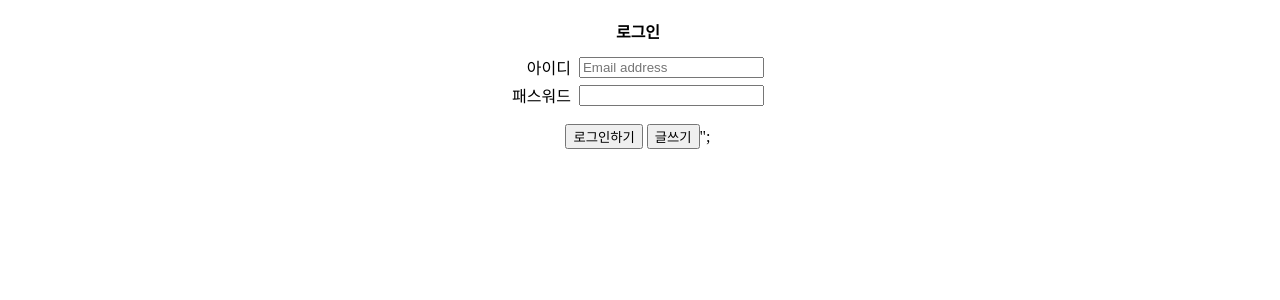
Repository: Dnut0121/2023_JSP
Page: http://localhost/Hello2/loginForm.jsp
The author's editor kept a copy of each file at every save. The page is drawn from the files as they stood at one save, then again after the next save.
The browser window is 1280 px wide. The pictures show the whole page.
The page is served by Tomcat 9. Other server files are loaded and not shown.

Above is the page before, as saved 2023-11-29 03:08:05.

### 201907036_KDH/Hello2/src/main/webapp/loginForm.jsp
<%@ page language="java" contentType="text/html; charset=UTF-8"
    pageEncoding="UTF-8"%>
<!DOCTYPE html>
<html>
<head>
	<meta charset="UTF-8">
</head>
<body>
	<form action="login.jsp">
	<table align=center>
	<tr><td colspan=2 align=center height=40><b>로그인</b><td></tr>
	<tr>
		<td align=right>아이디&nbsp;</td>
		<td><input type="text" name="id" placeholder="Email address" required></td>
	</tr>
	<tr>
		<td align=right>패스워드&nbsp;</td>
		<td><input type="password" name="ps" required></td>
	</tr>
	<tr>
		<td colspan=2 align=center height=50>
			<input type="submit" value="로그인하기">
			<a href='feedAddForm.jsp'><button>글쓰기</button></a>";
		</td>
	</tr>
	</table>
	</form>
</body>
</html>

After the next save:
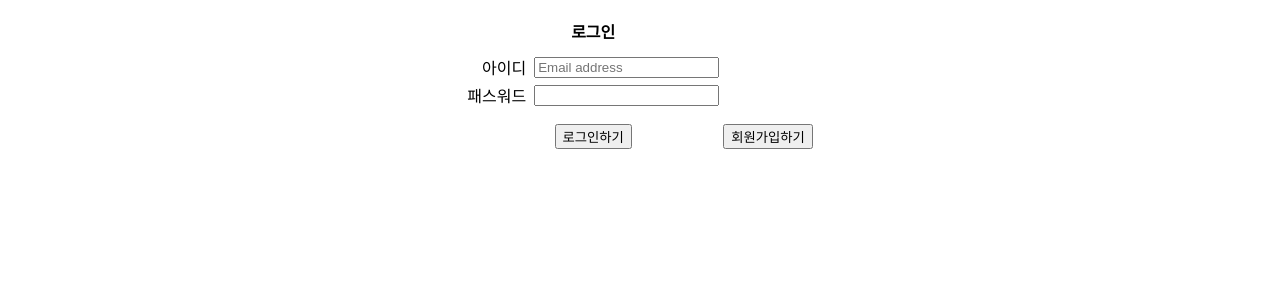
Saved 37 s later.
--- a/201907036_KDH/Hello2/src/main/webapp/loginForm.jsp
+++ b/201907036_KDH/Hello2/src/main/webapp/loginForm.jsp
@@ -20,7 +20,9 @@
 	<tr>
 		<td colspan=2 align=center height=50>
 			<input type="submit" value="로그인하기">
-			<a href='feedAddForm.jsp'><button>글쓰기</button></a>";
+		</td>
+		<td colspan=2 align=center height=50>
+		<a href='feedAddForm.jsp'><button>회원가입하기</button></a>
 		</td>
 	</tr>
 	</table>
